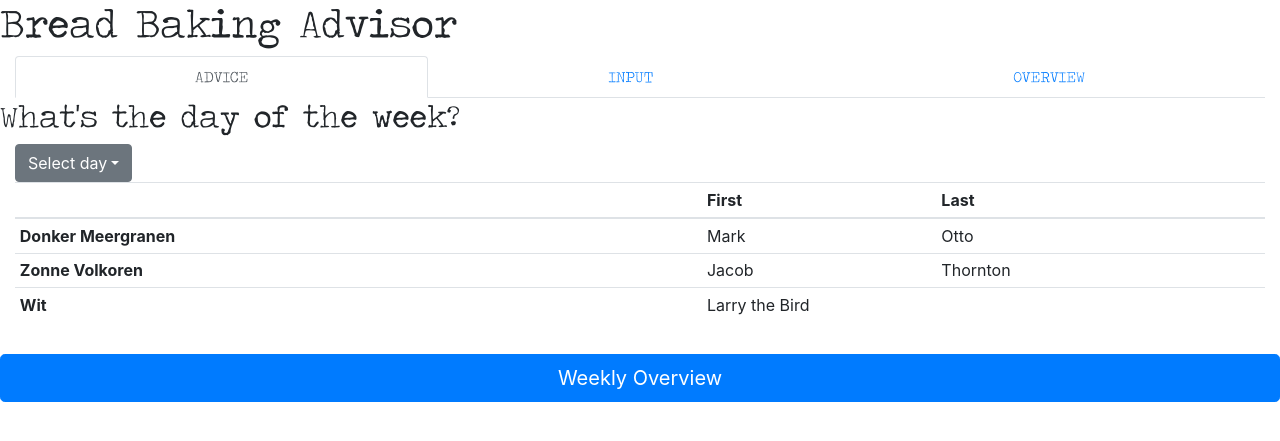
Repository: MarthGimenzo/bread-baking-advisor
Page: index.html
The author's editor kept a record of every edit. The page is drawn from the files as they stood at one moment, then again after the next edit.
The browser window is 1280 px wide. The pictures show the whole page.

Above is the page before.

After the next edit:
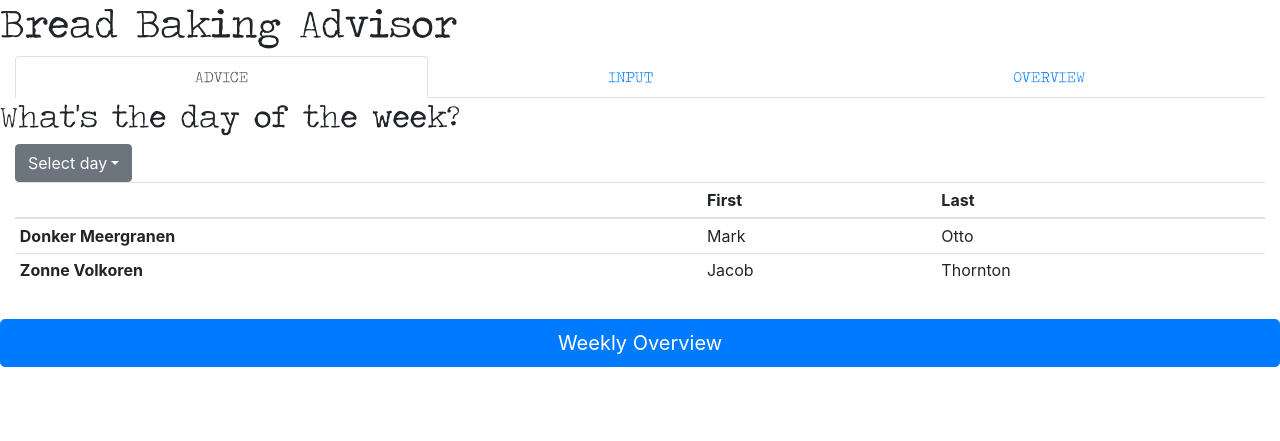
The edit:
--- a/index.html
+++ b/index.html
@@ -66,11 +66,7 @@
                     <td>Thornton</td>
 
                 </tr>
-                <tr>
-                    <th scope="row">Wit</th>
-                    <td colspan="2">Larry the Bird</td>
 
-                </tr>
             </tbody>
         </table>
     </div>

After the 2 edits that followed:
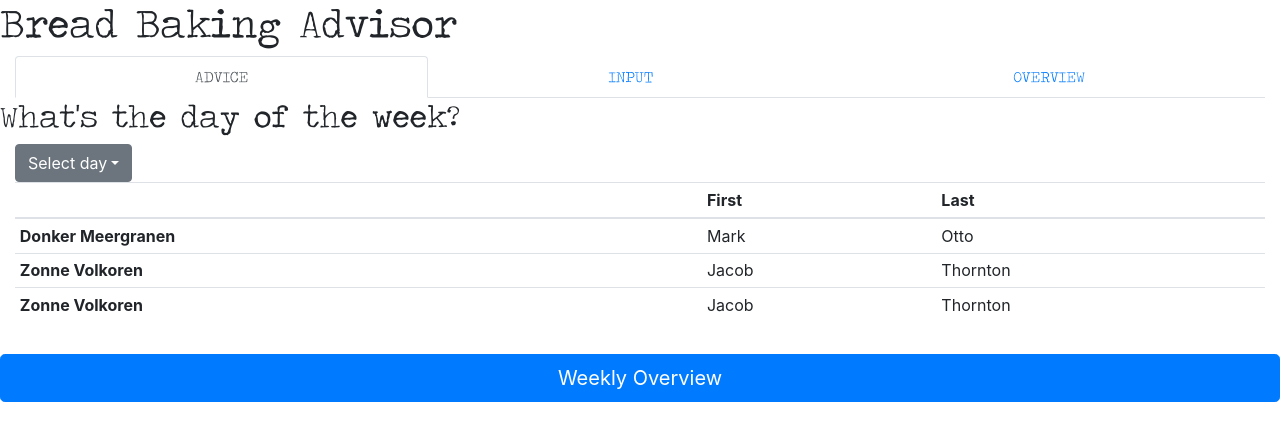
The 2 edits are shown as one change because 1 left the picture as it was.
The edit:
--- a/index.html
+++ b/index.html
@@ -58,15 +58,17 @@
                     <th scope="row">Donker Meergranen</th>
                     <td>Mark</td>
                     <td>Otto</td>
-
                 </tr>
                 <tr>
                     <th scope="row">Zonne Volkoren</th>
                     <td>Jacob</td>
                     <td>Thornton</td>
-
                 </tr>
-
+                <tr>
+                    <th scope="row">Zonne Volkoren</th>
+                    <td>Jacob</td>
+                    <td>Thornton</td>
+                </tr>
             </tbody>
         </table>
     </div>
